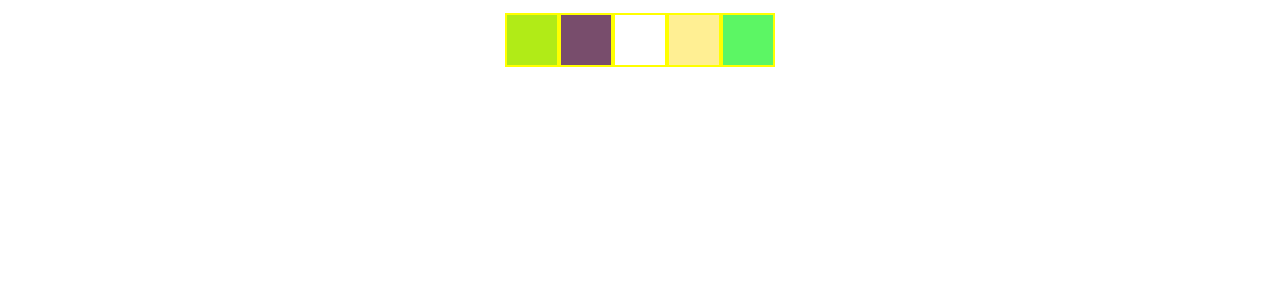
Repository: batonAnton/cursor_hw_10
Page: index.html
These files come from the project's save history. The page is drawn as it stood at one moment and after the next save; the edit follows.
The browser window is 1280 px wide. The pictures show the whole page.

Above is the page before, as saved 2023-01-31 13:47:50.

After the next save:
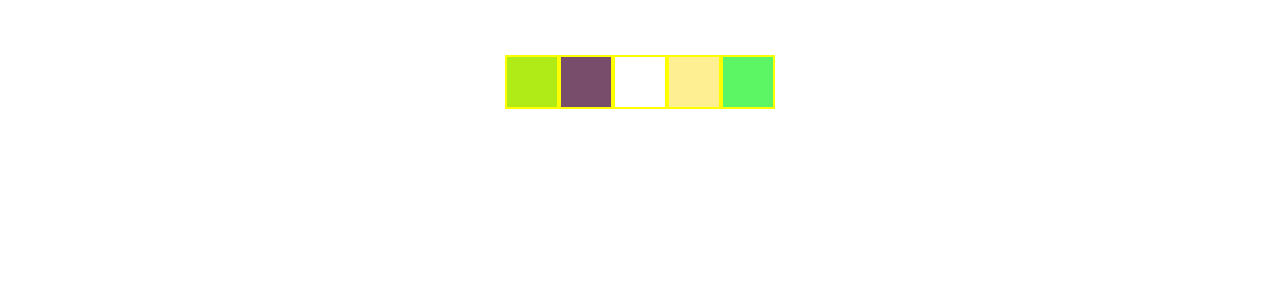
Saved 2 min 48 s later.
--- a/css/style.css
+++ b/css/style.css
@@ -1,3 +1,6 @@
+.wrapper{
+    margin: 50px auto;
+}
 .container{
     display: flex;
     justify-content: center;
